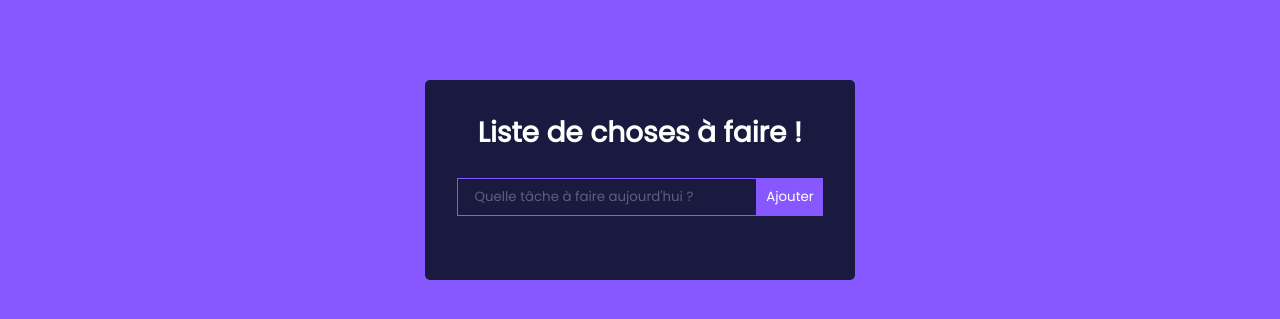
Repository: Loetitia27006/todo_list
Page: /
The author's editor kept a copy of each file at every save. The page is drawn from the files as they stood at one save, then again after the next save.
The browser window is 1280 px wide. The pictures show the whole page.
The project was rebuilt for these pictures with package versions that can differ from the ones it lists, and the page was loaded fresh each time. Also part of the build but not shown: src/components/EditTodoForm.js, src/components/Todo.js.

Above is the page before, as saved 2023-08-18 17:22:29.

After the next save:
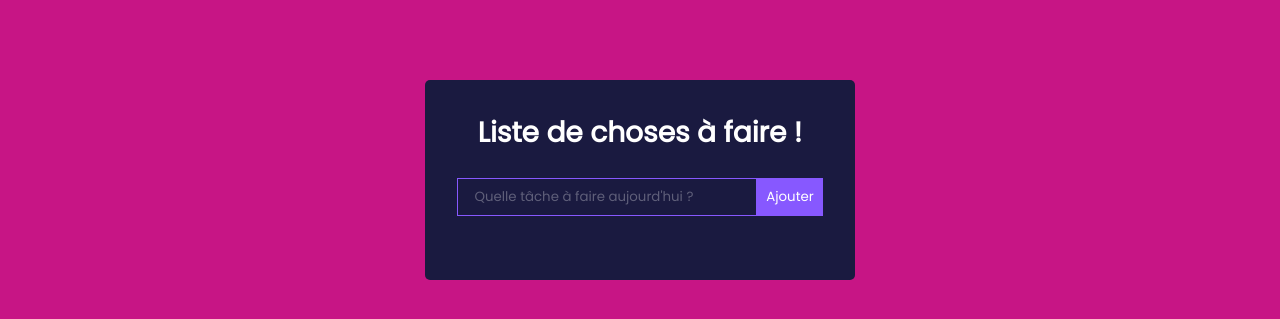
Saved 10 min 28 s later.
--- a/src/App.css
+++ b/src/App.css
@@ -8,7 +8,7 @@
 }
 
 body {
-  background: #8758ff;
+  background: #C71585;
   display: flex;
   justify-content: center;
   align-items: center;
